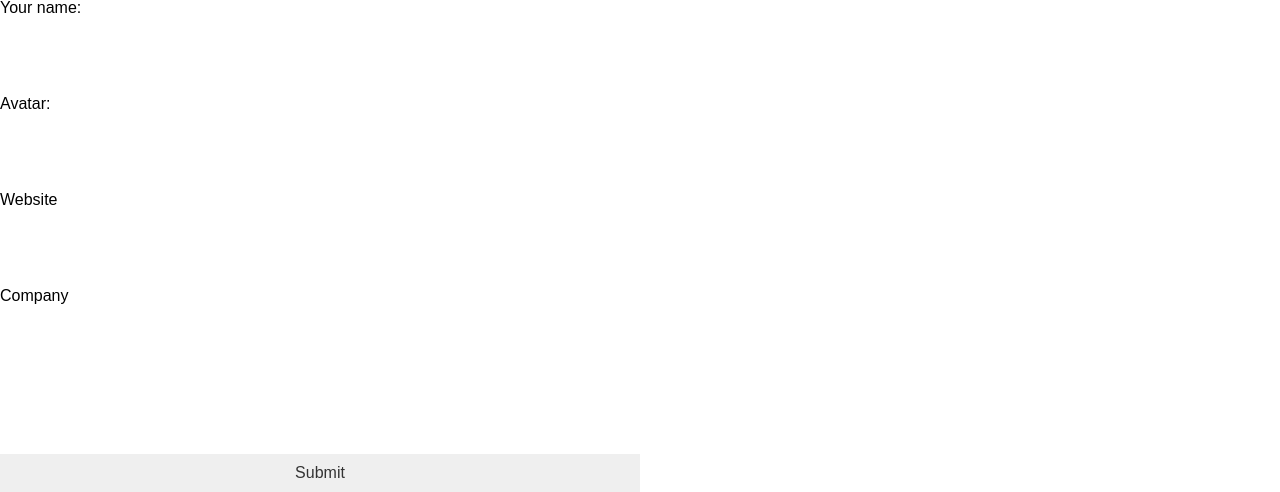
Repository: nttthao9/management
Page: index.html
An editor plug-in stored every save of this project. The page is shown before and after the next save, followed by the edit.
The browser window is 1280 px wide. The pictures show the part of the page from y = 0 to 492 px (the page is 1001 px tall before and 1033 px after).
Pictures or frames that could not be fetched are drawn as grey boxes.

Above is the page before, as saved 2021-10-13 09:41:08.

After the next save:
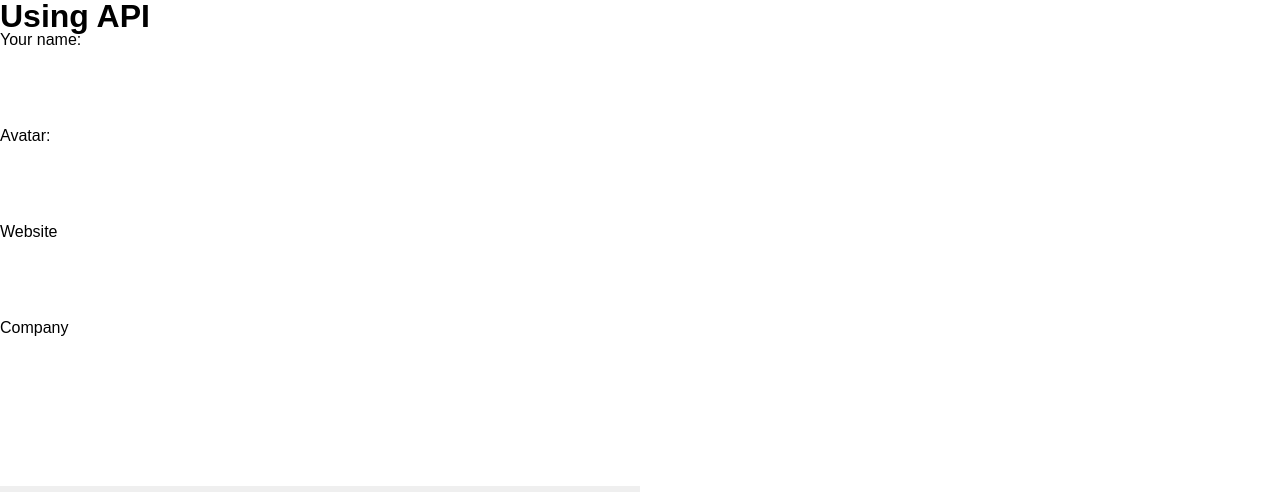
Saved 56 s later.
--- a/index.html
+++ b/index.html
@@ -10,6 +10,7 @@
 </head>
 
 <body>
+  <h1 class="title-manage">Using API</h1>
   <form action="" id="form">
 
     <label for="name">Your name:</label>
